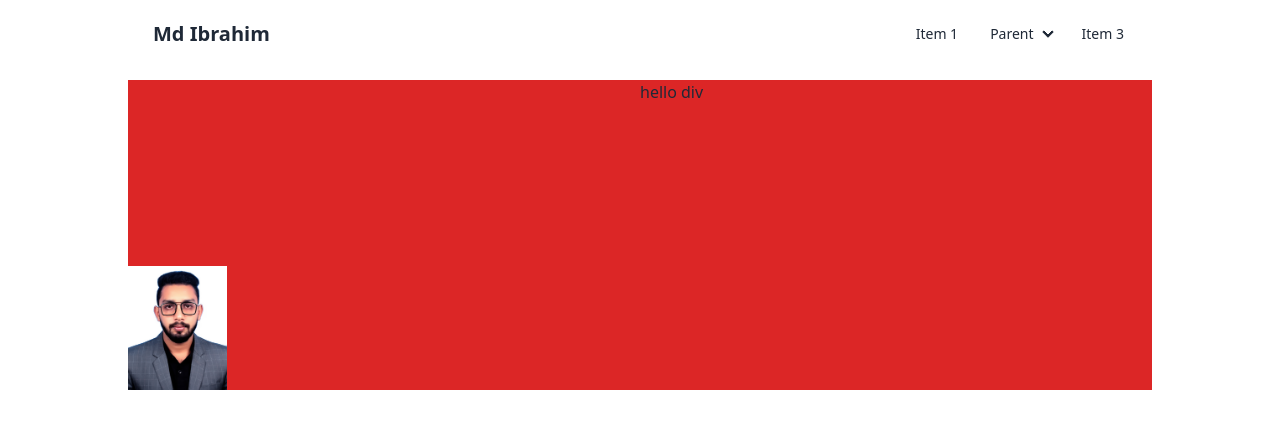
Repository: mdrubel02/portfilo
Page: /
These files come from the project's save history. The page is drawn as it stood at one moment and after the next save; the edit follows.
The browser window is 1280 px wide. The pictures show the whole page.
The project was rebuilt for these pictures with package versions that can differ from the ones it lists, and the page was loaded fresh each time. Also part of the build but not shown: vite.config.js.

Above is the page before, as saved 2023-06-22 20:32:17.

After the next save:
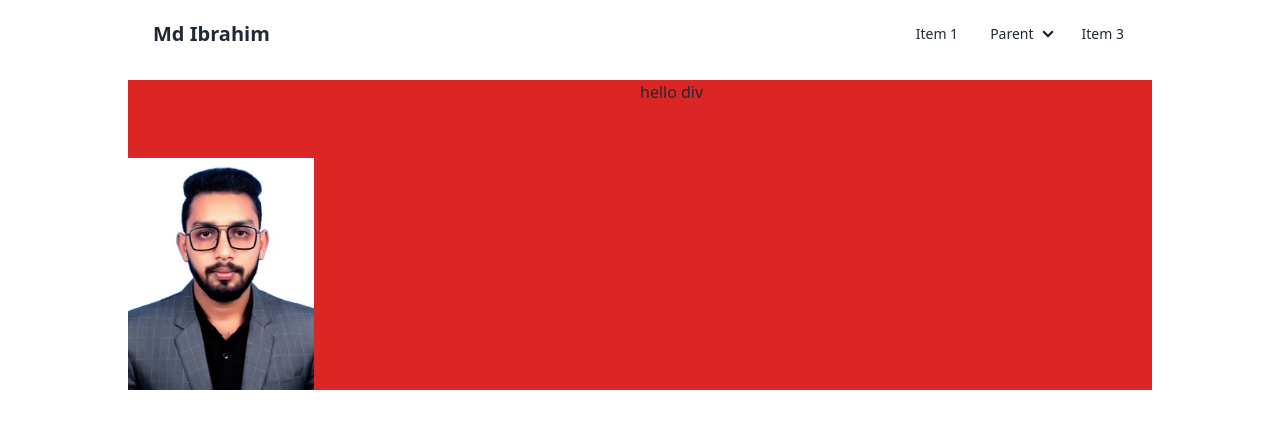
Saved 78 s later.
--- a/src/Pages/Home/Home.jsx
+++ b/src/Pages/Home/Home.jsx
@@ -8,7 +8,7 @@ const Home = () => {
                 <div className='flex'>
                     <div className='flex-1'>
                         <div class=" h-full">
-                            <img className='h-2/5  absolute bottom-0 left-0' src={profile} alt="profile" />
+                            <img className='h-3/4 absolute bottom-0 left-0' src={profile} alt="profile" />
                         </div>
                     </div>
 
